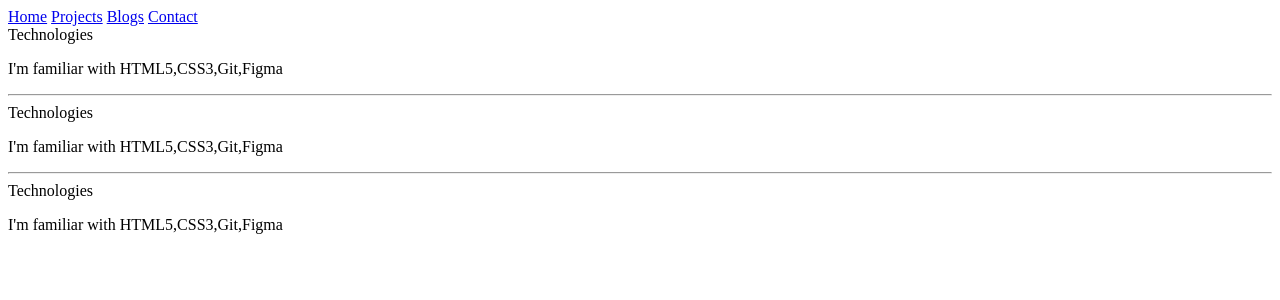
Repository: nihalani20/HTMLbyKG
Page: Projectlevel4/index.html
An editor plug-in stored every save of this project. The page is shown before and after the next save, followed by the edit.
The browser window is 1280 px wide. The pictures show the whole page.

Above is the page before, as saved 2023-12-13 19:30:34.

After the next save:
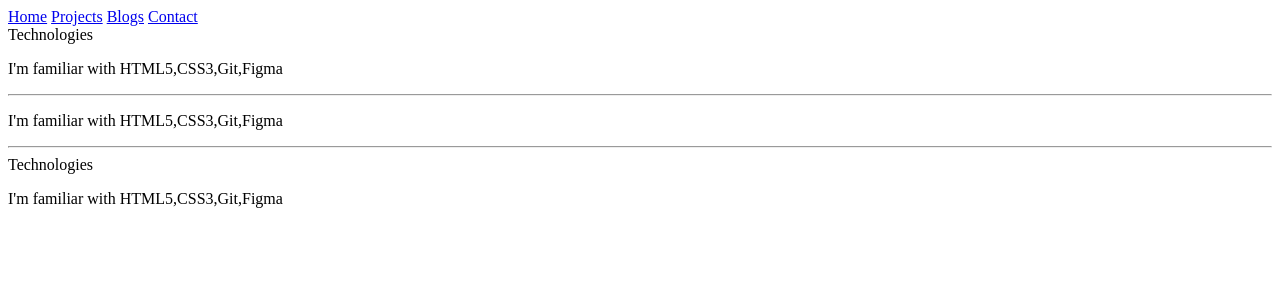
Saved 7 s later.
--- a/Projectlevel4/index.html
+++ b/Projectlevel4/index.html
@@ -22,7 +22,7 @@
 </section>
 <hr>
 <section>
-  Technologies
+
   <p>I'm familiar with HTML5,CSS3,Git,Figma</p>
 </section>
 <hr>

After the save that followed:
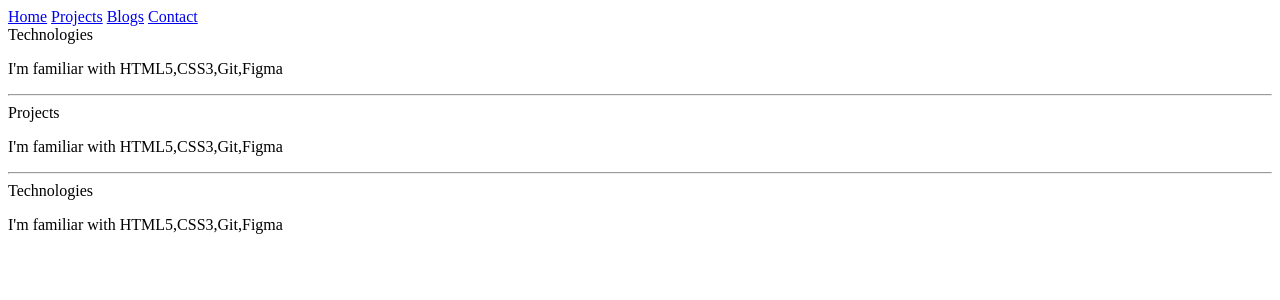
Saved 4 s later.
--- a/Projectlevel4/index.html
+++ b/Projectlevel4/index.html
@@ -22,7 +22,7 @@
 </section>
 <hr>
 <section>
-
+  Projects
   <p>I'm familiar with HTML5,CSS3,Git,Figma</p>
 </section>
 <hr>
